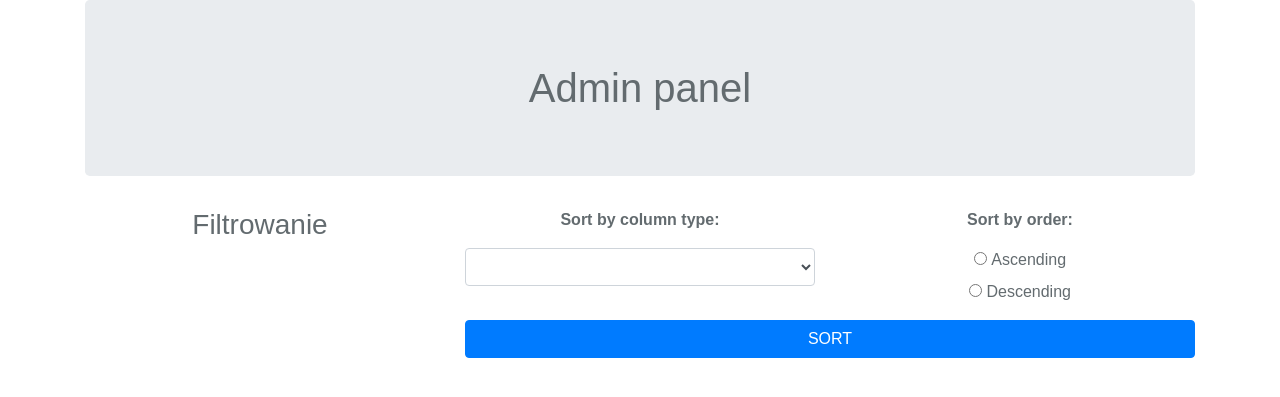
Repository: WOLVGVNG/gameclan
Page: resources/views/admin_panel.blade.php
The author's editor kept a copy of each file at every save. The page is drawn from the files as they stood at one save, then again after the next save.
The browser window is 1280 px wide. The pictures show the whole page.
The page is served by the project's Laravel application, run on PHP 8.4 with Laravel 8. The template is opened directly, without the code that normally fills it, so the values that code supplies are empty.

Above is the page before, as saved 2019-03-19 23:05:55.

After the next save:
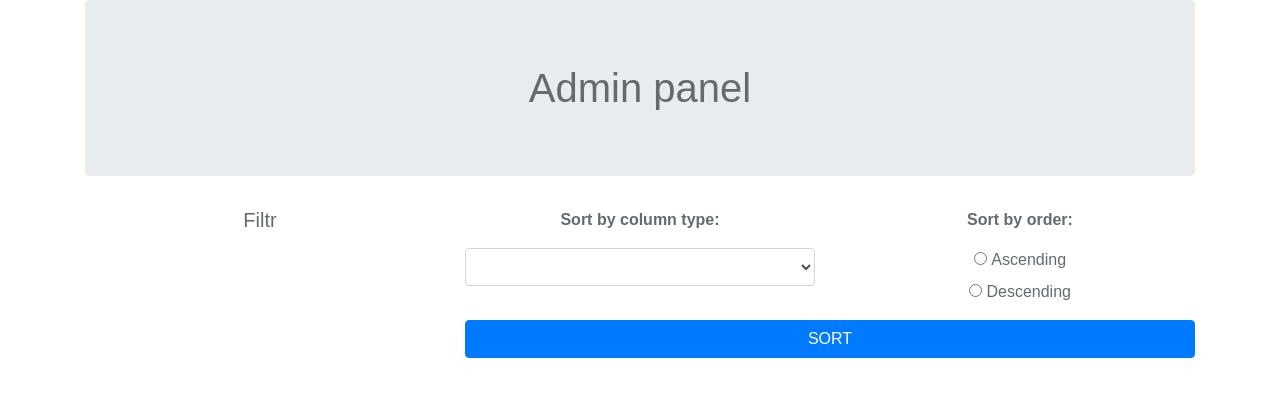
Saved 24 s later.
--- a/resources/views/admin_panel.blade.php
+++ b/resources/views/admin_panel.blade.php
@@ -5,7 +5,7 @@
     <form action='/' method='GET'>
         <div class='row'>
             <div class='col-md-4'>
-                <h3>Filtrowanie</h3>
+                <h5>Filtr</h5>
             </div>
             <div class='col-md-8'>
                 <div class='row'>
